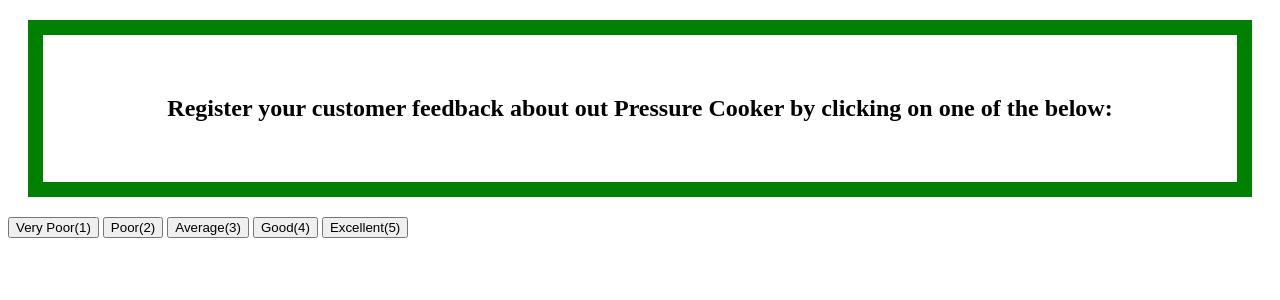
Repository: isaurabhkr/Spring-JavaCourse-101
Page: Spring/WP/GoodsteamProject/WebContent/input.html
These files come from the project's save history. The page is drawn as it stood at one moment and after the next save; the edit follows.
The browser window is 1280 px wide. The pictures show the whole page.

Above is the page before, as saved 2019-08-06 07:40:48.

### Spring/WP/GoodsteamProject/WebContent/input.html
<!DOCTYPE html>
<html>
<head>
<style>
div {
  border: 15px solid green;
  padding: 40px;
  margin: 20px;
}
</style>
<meta charset="ISO-8859-1">
<title>Please Register Feedback</title>
</head>
<body>
<div>
<h2 align ="center"> Register your customer feedback about out Pressure Cooker by clicking on one of the below:</h2>
</div>
<form action="handlein" method="post">
<input type=submit name = "in1" value="Very Poor(1)">
<input type=submit name ="in1" value="Poor(2)">
<input type=submit name ="in1" value="Average(3)">
<input type=submit name="in1" value="Good(4)">
<input type=submit name ="in1" value="Excellent(5)">
</form>
</body>
</html>

After the next save:
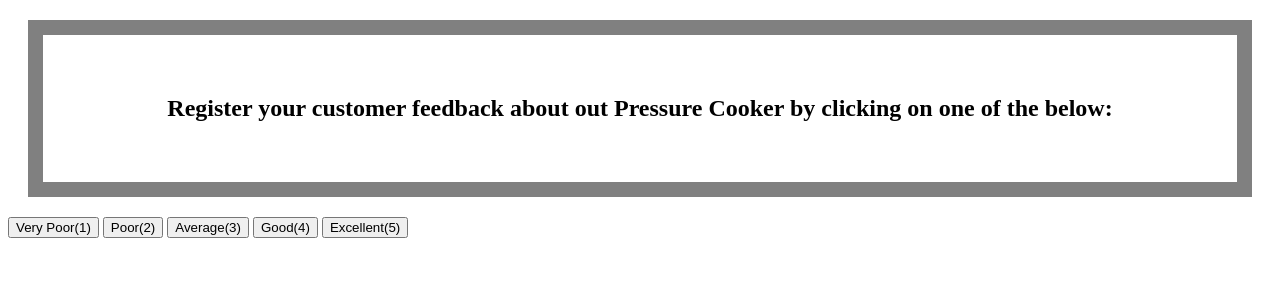
Saved 14 s later.
--- a/Spring/WP/GoodsteamProject/WebContent/input.html
+++ b/Spring/WP/GoodsteamProject/WebContent/input.html
@@ -3,7 +3,7 @@
 <head>
 <style>
 div {
-  border: 15px solid green;
+  border: 15px solid grey;
   padding: 40px;
   margin: 20px;
 }
